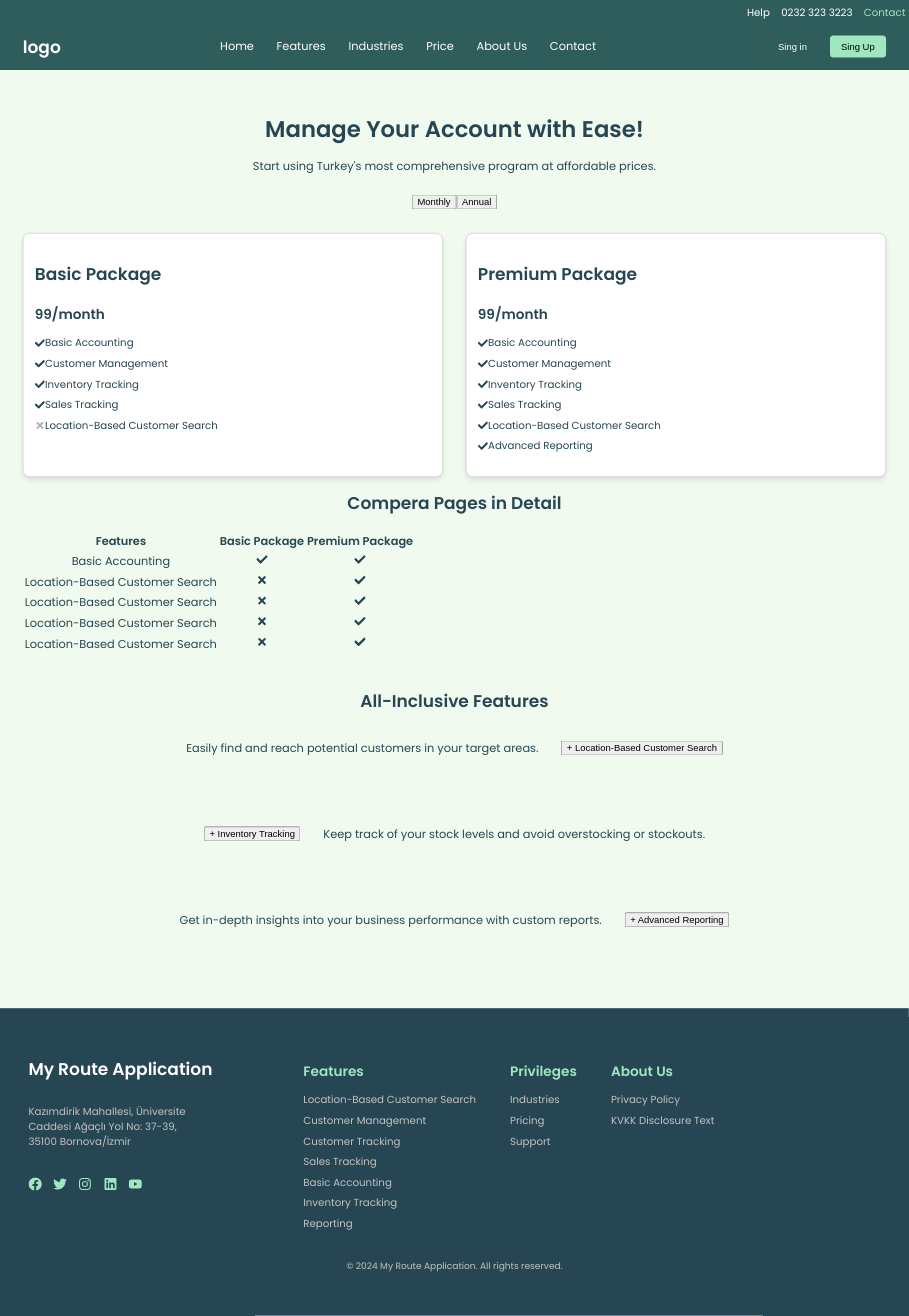
Repository: senolinanyasar/myrouteapplication
Page: /pricing
An editor plug-in stored every save of this project. The page is shown before and after the next save, followed by the edit.
The browser window is 1280 px wide. The pictures show the whole page, at 71% of full size.
The project was rebuilt for these pictures with package versions that can differ from the ones it lists, and the page was loaded fresh each time. Also part of the build but not shown: vite.config.js, src/components/HeroSection.css, src/components/HeroSection.js, src/components/FeaturesSection.js, src/components/PricingSection.css, src/components/PricingSection.js, src/components/SupportSection.css, src/components/SupportSection.js and 3 more.

Above is the page before, as saved 2024-11-15 21:03:22.

After the next save:
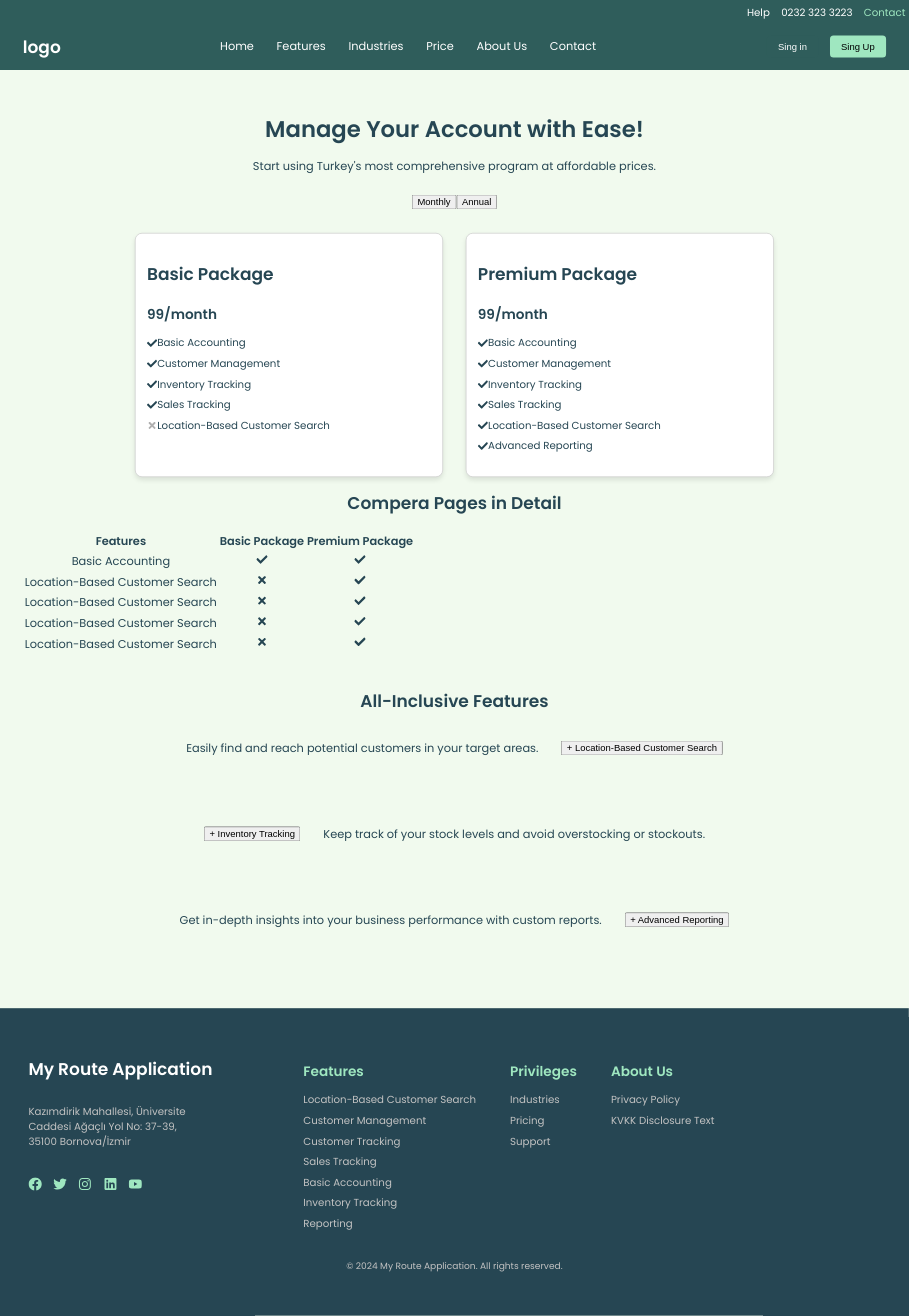
Saved 8 s later.
--- a/src/components/PricingPage.css
+++ b/src/components/PricingPage.css
@@ -39,7 +39,7 @@
     border: 1px solid #ccc;
     border-radius: 10px;
     padding: 1rem;
-    width: 700px;
+    width: 400px;
     text-align: left;
     background-color: #ffffff;
     box-shadow: 0px 4px 8px rgba(0, 0, 0, 0.1);
